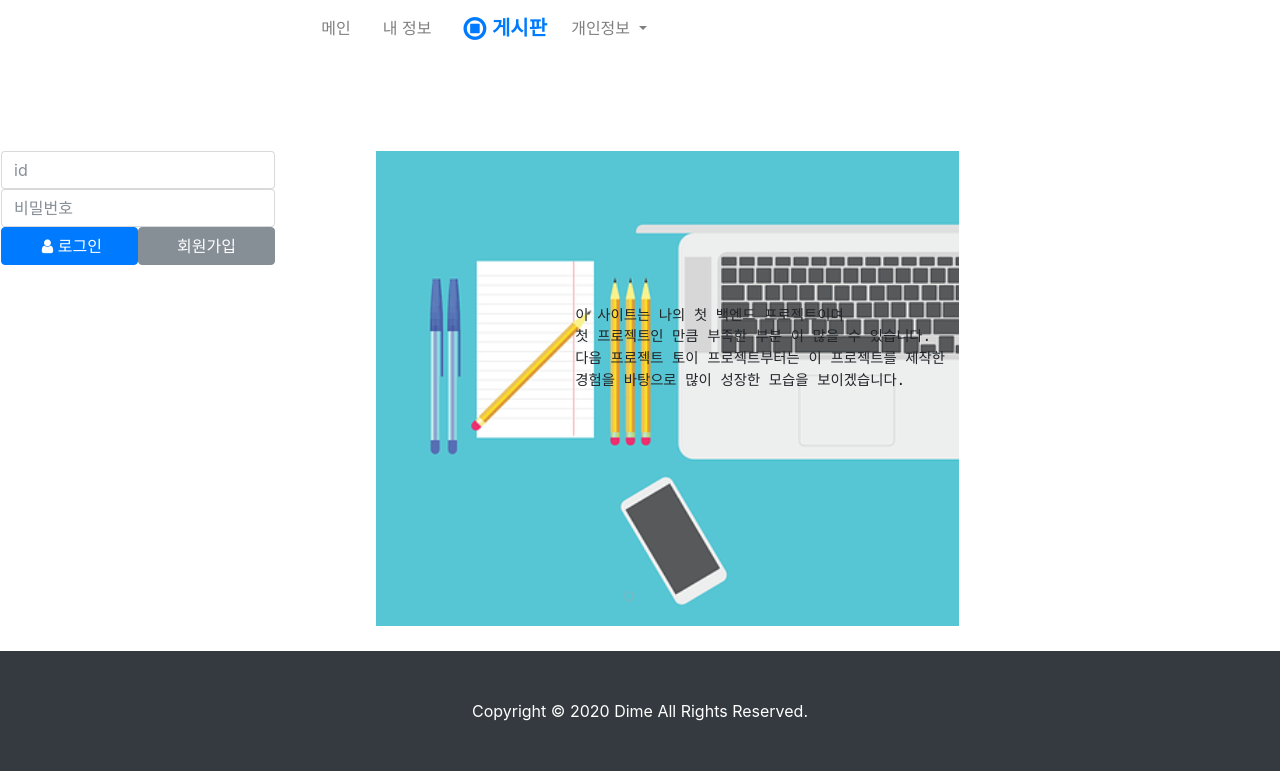
Repository: elecdime/jspboard
Page: http://localhost/BBS/projectbbs/Main.jsp
These files come from the project's save history. The page is drawn as it stood at one moment and after the next save; the edit follows.
The browser window is 1280 px wide. The pictures show the whole page.
Some web libraries are served in a nearby version. The page is served by Tomcat 9.

Above is the page before, as saved 2020-07-08 12:57:13.

After the next save:
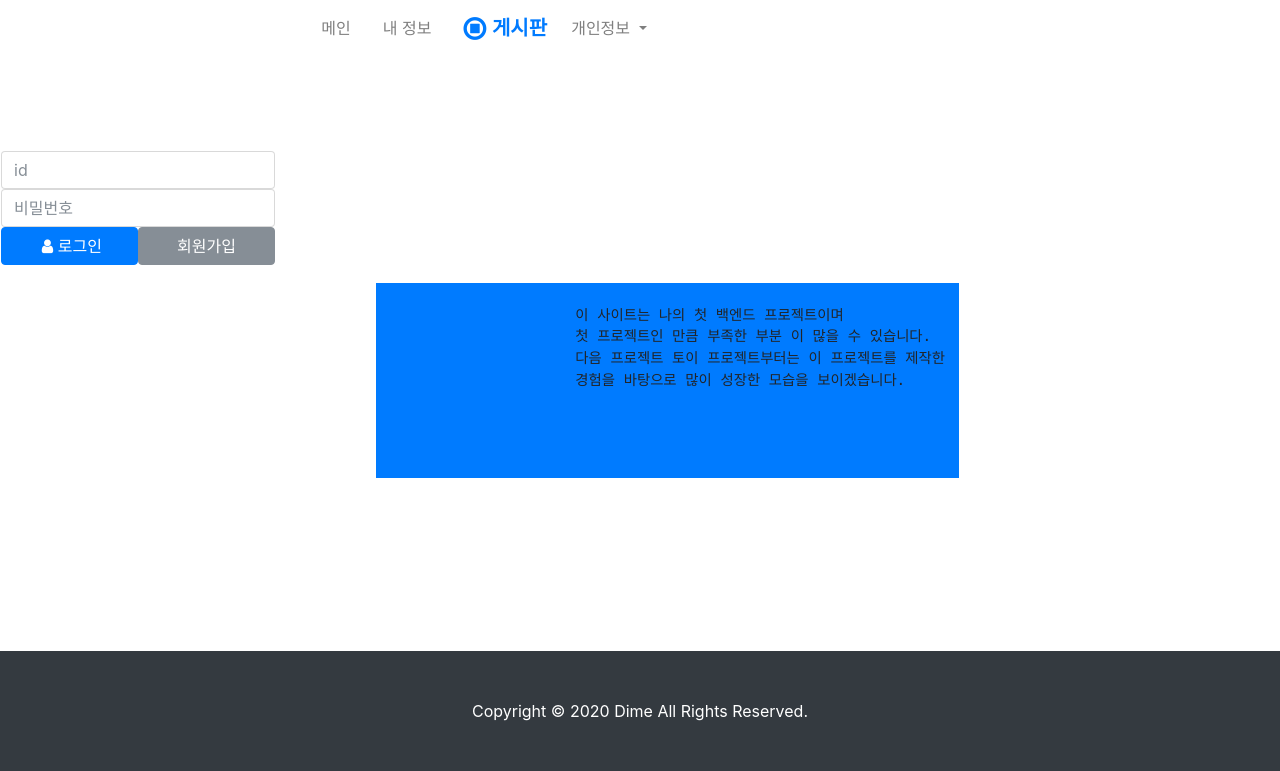
Saved 66 s later.
--- a/dime/project Web/BBS/WebContent/projectbbs/Main.jsp
+++ b/dime/project Web/BBS/WebContent/projectbbs/Main.jsp
@@ -9,10 +9,7 @@
   <!-- Bootstrap CSS -->
   <link rel="stylesheet" href="https://maxcdn.bootstrapcdn.com/bootstrap/4.0.0-beta/css/bootstrap.min.css" integrity="sha384-/Y6pD6FV/Vv2HJnA6t+vslU6fwYXjCFtcEpHbNJ0lyAFsXTsjBbfaDjzALeQsN6M" crossorigin="anonymous">
 <style type="text/css">
-#tables{
-background-image: url('back.jpg');
-background-size: cover;
-}
+
 
 
 
@@ -35,7 +32,7 @@ background-size: cover;
                     <table width="100%" height="475" cellpadding="0" cellspacing="0" id="tables">
                         <tr >
                             <td border="3px">
-                            <pre>
+                            <pre class="bg-primary text-while">
                        이 사이트는 나의 첫 백엔드 프로젝트이며
                        첫 프로젝트인 만큼 부족한 부분 이 많을 수 있습니다.
                        다음 프로젝트 토이 프로젝트부터는 이 프로젝트를 제작한
